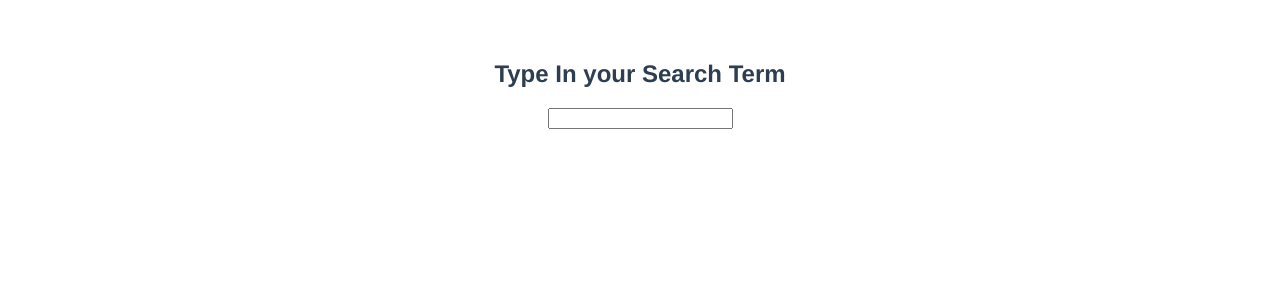
Repository: shadowmare358/vueVinCheck
Page: /
These files come from the project's save history. The page is drawn as it stood at one moment and after the next save; the edit follows.
The browser window is 1280 px wide. The pictures show the whole page.
The project was rebuilt for these pictures with package versions that can differ from the ones it lists, and the page was loaded fresh each time.

Above is the page before, as saved 2019-10-23 22:52:55.

### public/index.html
<!DOCTYPE html>
<html lang="en">
  <head>
    <meta charset="utf-8">
    <meta http-equiv="X-UA-Compatible" content="IE=edge">
    <meta name="viewport" content="width=device-width,initial-scale=1.0">
    <link rel="icon" href="<%= BASE_URL %>favicon.ico">
    <title>vue-carconfig</title>
  </head>
  <body>
    <noscript>
      <strong>We're sorry but vue-carconfig doesn't work properly without JavaScript enabled. Please enable it to continue.</strong>
    </noscript>
    <div id="app"></div>
    <!-- built files will be auto injected -->
  </body>
</html>

### src/App.vue
<template>
  <div id="app">
    <search></search>
  </div>
</template>

<script>
import Search from './components/Search.vue'

export default {
  name: 'app',
  components: {
    Search
  }
}

</script>

<style>
#app {
  font-family: 'Avenir', Helvetica, Arial, sans-serif;
  -webkit-font-smoothing: antialiased;
  -moz-osx-font-smoothing: grayscale;
  text-align: center;
  color: #2c3e50;
  margin-top: 60px;
}
</style>

### src/components/Search.vue
<template>
    <div class="search">
        <h2>Type In your Search Term</h2>
    <form v-on:submit.prevent="getResult(query)">
        <input type="text" v-model="query"/>
        <h1>{{query}}</h1>
    </form>
       <img v-bind:src="results"/>
    </div>


</template>

<script>
    export default {
        name: "search",
        data(){
            return{
                msg: "Search",
                query: "",
                results: ''
            }
        },
        methods: {
           async getResult(){
              const response = await fetch('https://images-api.nasa.gov/search?q=' + this.query + '&media_type=image',{
                  credentials: "same-origin",
               mode: 'cors',
                header: {
            'Access-Control-Allow-Origin':'*',
                }
               })
               const myJson = await response.json();
              this.results = myJson.collection.items[0].links[0].href;
            }
        }
    }
</script>

<style lang="scss" scoped>

</style>

Loaded but not shown: src/main.js (common file)

After the next save:
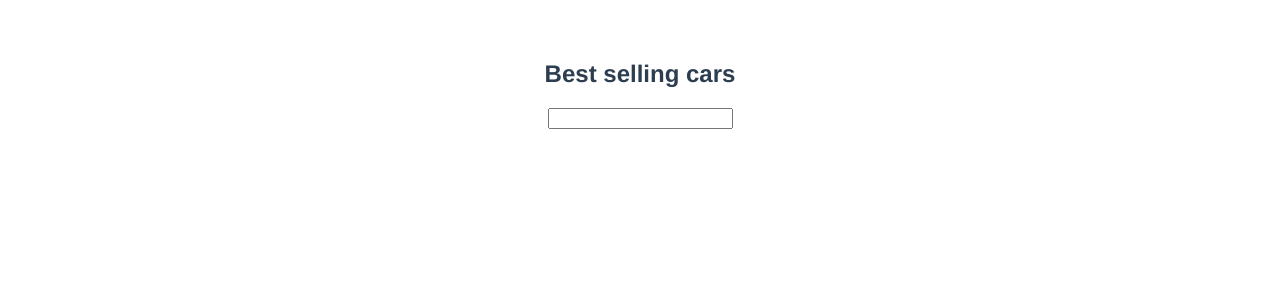
Saved 10 h 31 min later.
--- a/src/components/Search.vue
+++ b/src/components/Search.vue
@@ -1,6 +1,6 @@
 <template>
     <div class="search">
-        <h2>Type In your Search Term</h2>
+        <h2>Best selling cars</h2>
     <form v-on:submit.prevent="getResult(query)">
         <input type="text" v-model="query"/>
         <h1>{{query}}</h1>
